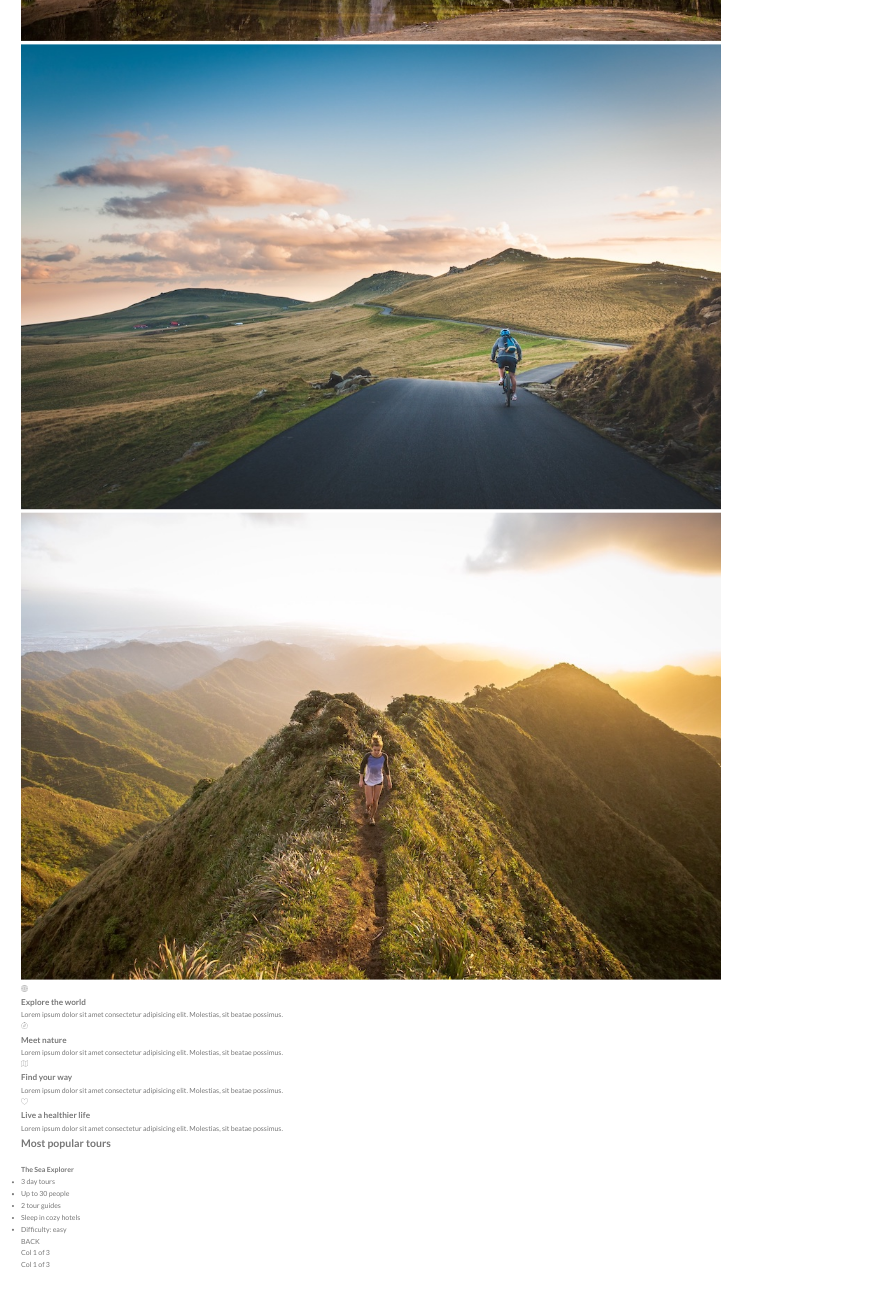
Repository: MalgorzataMazur/Natours
Page: index.html
An editor plug-in stored every save of this project. The page is shown before and after the next save, followed by the edit.
The browser window is 1280 px wide. The pictures show the part of the page from y = 1439 to 3359 px (the page is 3284 px tall before and 3359 px after), at 70% of full size.
The style sheet was rebuilt from its Sass, Less or Tailwind sources for each picture, by a compiler version that may differ from the author's.

Above is the page before, as saved 2020-02-17 23:22:23.

### index.html
<!DOCTYPE html>
<html lang="en">
<head>
    <meta charset="UTF-8">
    <meta name="viewport" content="width=device-width, initial-scale=1.0">
    <meta http-equiv="X-UA-Compatible" content="ie=edge">

    <link href="https://fonts.googleapis.com/css?family=Lato:100,300,400,700,900" rel="stylesheet">

    <link rel="stylesheet" href="css/icon-font.css.css">
    <link rel="stylesheet" href="css/style.css">
    <link rel="shortcut icon" type="image/png" href="img/favicon.png">

    <title>Natours | Exciting tours for adventurous people</title>
</head>
<body>
    <header class="header">  <!-- green field -->
        <div class="header__logo-box">
            <img src="img/logo-white.png" alt="Logo" class="header__logo">
        </div>

        <div class="header__text-box">
            <h1 class="heading-primary">
                <span class="heading-primary--main">Outdoors</span>
                <span class="heading-primary--sub">is where life happens</span>
            </h1>
            <a href="#" class="btn btn--white btn--animated">Discover our tours</a>
        </div>
    </header>

    <main>
        <section class="section-about">
            <div class="u-center-text u-margin-bottom-big">  <!--utility class - wrap this elelemnt into a parent element and then  center text from there -->
                <h2 class="heading-secondary">
                    Exciting tours for adventurous people
                </h2>
            </div>

            <div class="row">
                <div class="col-1-of-2">
                    <h3 class="heading-tertiary u-margin-bottom-small">You're going to fall in love with nature</h3>
                    <p class="paragraph">
                        Lorem ipsum dolor sit amet consectetur adipisicing elit. Molestias, sit beatae possimus, eum unde velit soluta exercitationem neque, dicta omnis quisquam quae? Itaque provident porro!
                    </p>

                    <h3 class="heading-tertiary u-margin-bottom-small">Live adventure like you never have before</h3>
                    <p class="paragraph">
                        Lorem ipsum dolor sit, amet consectetur adipisicing elit. Quis maxime debitis dolorum facere amet qui, eius aut minus.
                    </p>

                    <a href="#" class="btn-text">Learn more &rarr;</a> <!-- &rarr arrow -->
                </div>
                <div class="col-1-of-2">
                    <div class="composition">
                        <img src="img/nat-1-large.jpg" alt="Photo 1" class="composition__photo composition__photo--p1">
                        <img src="img/nat-2-large.jpg" alt="Photo 2" class="composition__photo composition__photo--p2">
                        <img src="img/nat-3-large.jpg" alt="Photo 3" class="composition__photo composition__photo--p3">
                    </div>
                </div>
            </div>
        </section>


        <section class="section-features">

            <div class="row">
                <div class="col-1-of-4">
                    <div class="feature-box">
                        <i class="feature-box__icon icon-basic-world"></i>
                        <h3 class="heading-tertiary u-margin-bottom-small">Explore the world</h3>
                        <p class="feature-box__text">
                            Lorem ipsum dolor sit amet consectetur adipisicing elit. Molestias, sit beatae possimus.
                        </p>

                    </div>
                </div>

                <div class="col-1-of-4">
                    <div class="feature-box">
                        <i class="feature-box__icon icon-basic-compass"></i>
                        <h3 class="heading-tertiary u-margin-bottom-small">Meet nature</h3>
                        <p class="feature-box__text">
                            Lorem ipsum dolor sit amet consectetur adipisicing elit. Molestias, sit beatae possimus.
                        </p>

                    </div>
                </div>

                <div class="col-1-of-4">
                    <div class="feature-box">
                        <i class="feature-box__icon icon-basic-map"></i>
                        <h3 class="heading-tertiary u-margin-bottom-small">Find your way</h3>
                        <p class="feature-box__text">
                            Lorem ipsum dolor sit amet consectetur adipisicing elit. Molestias, sit beatae possimus.
                        </p>

                    </div>
                </div>

                <div class="col-1-of-4">
                    <div class="feature-box">
                        <i class="feature-box__icon icon-basic-heart"></i>
                        <h3 class="heading-tertiary u-margin-bottom-small">Live a healthier life</h3>
                        <p class="feature-box__text">
                            Lorem ipsum dolor sit amet consectetur adipisicing elit. Molestias, sit beatae possimus.
                        </p>

                    </div>
                </div>
            </div>
        </section>

        <section class="section-tours">
            <div class="u-center-text u-margin-bottom-big">  <!--utility class - wrap this elelemnt into a parent element and then  center text from there -->
                <h2 class="heading-secondary">
                    Most popular tours
                </h2>
            </div>

            <div class="row">
                <div class="col-1-of-3">
                    <div class="card">
                        <div class="card__side card__side--front"> <!--to distinguish front&back side  -->
                            <div class="card__picture card__picture--1">
                                &nbsp;   <!-- special symbol for space -->
                            </div>
                            <h4 class="card__heading">
                                <span class="card__heading-span card__heading-span--1">
                                    The Sea Explorer
                                </span>
                            </h4>
                            <div class="card__details">
                                <ul>
                                    <li>3 day tours</li>
                                    <li>Up to 30 people</li>
                                    <li>2 tour guides</li>
                                    <li>Sleep in cozy hotels</li>
                                    <li>Difficulty: easy</li>
                                </ul>
                            </div>
                        </div>
                        <div class="card__side card__side--back card__side--back-1">
                            BACK
                        </div>
                    </div>
                </div>
                <div class="col-1-of-3">
                    Col 1 of 3
                </div>
                <div class="col-1-of-3">
                    Col 1 of 3
                </div>
            </div>

        </section>
    </main>


    <!--
    <section class="grid-test">


        <div class="row">
            <div class="col-1-of-3">
                Col 1 of 3
            </div>
            <div class="col-1-of-3">
                Col 1 of 3
            </div>
            <div class="col-1-of-3">
                Col 1 of 3
            </div>
        </div>

        <div class="row">
            <div class="col-1-of-3">
                Col 1 of 3
            </div>
            <div class="col-2-of-3">
                Col 2 of 3
            </div>
        </div>

        <div class="row">
            <div class="col-1-of-4">
                Col 1 of 4
            </div>
            <div class="col-1-of-4">
                Col 1 of 4
            </div>
            <div class="col-1-of-4">
                Col 1 of 4
            </div>
            <div class="col-1-of-4">
                Col 1 of 4
            </div>
        </div>

        <div class="row">
            <div class="col-1-of-4">
                Col 1 of 4
            </div>
            <div class="col-1-of-4">
                Col 1 of 4
            </div>
            <div class="col-2-of-4">
                Col 2 of 4
            </div>
        </div>

        <div class="row">
            <div class="col-1-of-4">
                Col 1 of 4
            </div>
            <div class="col-3-of-4">
                Col 3 of 4
            </div>
        </div>
    </section> -->


</body>
</html>

### sass/main.scss


$color-primary: #55c57a;
$color-primary-light: #7ed56f;
$color-primary-dark: #28b485;




/* universal selector */    /* that is BASIC RESET! */
*,
*::after,
*::before {
    margin: 0;
    padding: 0;
    box-sizing: inherit;
}

html {
    font-size: 62.5%;            /* 100% ; 10/16= 0.625; .625*16(px font)= 10 */
}
body {
    font-family: "Lato", sans-serif;          /* FONT HERE IN BODY BECASUE IS USUALLY IHERITATED */
    font-weight: 400;
    /* font-size: 16px; */
    line-height: 1.7;                       /* 1.7 x higher than earlier defined height of line */
    color: #777;
    padding: 3rem;                          /* around all website white strap */

    box-sizing: border-box;
}

.header {
    height: 95vh;                          /* a#7ed56f, t the boottom left white strap 5% */
    background-image: linear-gradient(
        to right bottom,                     /* define gradient here linear, from wich side sholuld starts here in line gradienfrom the left top to the right, colours */
        rgba($color-primary-light, 0.8),
        rgba($color-primary-dark, 0.8)),
        url(../img/hero.jpg);
    background-size: cover;
    background-position: top;
    position: relative;

    clip-path: polygon(0 0, 100% 0, 100% 75vh, 0 100%);  /* do wedge (kiln, wcięcie) just to clip from one side, w do polygon (wilokat) we move every single corner move clockwise x & y)  */

}

.header__logo-box {
    position: absolute;                    /* in the left corner */
    top: 4rem;
    left: 4rem;
}

.header__logo {
    height: 3.5rem;
}

.header__text-box {
    position: absolute;
    top: 40%;                          /* top&left they're in relation to the parent element  */
    left: 50%;
    transform: translate(-50%, -50%);         /*translation  is in relation to the elemnet itself; header promary I mean an element to be centered we have to shifted 50% of height and width of element not parent */
    text-align: center;                /* button at the center */
}

.heading-primary {
    color: #fff;
    text-transform: uppercase;

    backface-visibility: hidden;
    margin-bottom: 6rem;                 /* a little bit like to the top, shaky and it is to fix it  */
}

.heading-primary--main {
    display: block;
    font-size: 6rem;
    font-weight: 400;
    letter-spacing: 3.5rem;

    animation-name: moveInLeft;               /*  for animation to woerk there're two only properties to specify aniamtion name and the anim ation duration */
    animation-duration: 1s;
    animation-timing-function: ease-out;       /* define how animation will proceed slow/fast; ease-out the anim will start faster and then will become slower by the end */


    /*animation-delay: 3s;*/              /* set a delay we can in animation */
    /*animation-iteration-count: 3; */          /* how many times animation should happens */

}

.heading-primary--sub {
    display: block;
    font-size: 2rem;
    font-weight: 700;
    letter-spacing: 1.75rem;
    animation: moveInRight 1s ease-out;

}

@keyframes moveInLeft {            /* ANIMATION we started from @keyframes and name of animation;NOW I can specify whnt I want to happen in each moment of time of the animation  */
    0% {                          /* initial state */
       opacity: 0;                         /* first we wanted to be visible so opacity 0 and in the end opacity 1; opacity is one of properties that we animated here and transform property second */
       transform: translateX(-10rem);        /* the element comes in from the left side */
    }                                          /* rotate(180deg) */

    80% {
        transform: translateX(1rem);        /* to the right side goes */
    }

    100% {                        /* final state */
        opacity: 1;                         /* first we wanted to be visible so opacity 0 and in the end opacity 1 */
        transform: translate(0);     /* it's gonna look exactly right now */
    }
}


@keyframes moveInRight {
       0% {
        opacity: 0;
        transform: translateX(10rem);      /* moves to the right */
    }

    80% {
        transform: translateX(-1rem);
    }

    100% {
        opacity: 1;
        transform: translate(0);
    }
}

@keyframes moveInBottom {              /* after load btn is going from the bottom */
    0% {
     opacity: 0;                      /* befoee strats anim btn sholud be lover current his position */
     transform: translateY(3rem);      /* moves to the right */
 }

 100% {
     opacity: 1;
     transform: translate(0);
 }
}
/* pseudo-classes */
.btn:link,                              /* link an anchor element; we straed at first step from  */
.btn:visited {                          /* link and vistedt look the same here */
    text-transform: uppercase;
    text-decoration: none;
    padding: 1.5rem 4rem;
    display: inline-block;              /* if specufypadding, width, height of elemet thay sholud be display as a inline-block */
    border-radius: 10rem;
    transition: all .2s;               /* build a creative hover animation effect*/  /*first which properties we want animate, time duration*  */
    position: relative;
    font-size: 1.6rem;
}

.btn:hover {
    transform: translateY(-3px);                       /* element moves up */
    box-shadow: 0 1em 2rem rgba(0, 0, 0,.2);                       /* move x, y, blur, color; a very subtle shadow and here is 20% almost transparent*/
}

.btn:active {                           /* click element */
    transform: translateY(-1px);
    box-shadow: 0 .5rem 1rem rgba(0, 0, 0,.2)
}
.btn--white {
    background-color: #fff;
    color: #777;
}
/* pseudo-elements to style caertain parts of elements*/  /* we want put this buuton behind the main btb */
.btn::after {    /* we strat do taht looks like it zooms out to infinity when we hover and it comes back when we hover out; pseudoelement is like a child of btn */
    content: "";                      /* content is always necessary */
    display: inline-block;            /* display is always necessary as well, the same dispaly as btn  */
    height: 100%;                     /* teh dame property like btn we want to look the same as a btn, is like a child of btn*/
    width: 100%;
    border-radius: 10rem;
    position: absolute;               /* behind the btn we want put this actual btn we use position absol and the reference is the fisrt element with the relative position that it can find and it should be BTN (vis alnd link) and now it will be hidden behind the btn*/
    top: 0;
    left: 0;
    z-index: -1;                    /* defines the position of the elements if they are on top of another */
    transition: all .4s;

}

.btn--white::after {
    background-color: #fff;
}

.btn:hover::after { /* when hover yhe btn we wnat some certain style for the after pseudo-elemenr, so this is an after pseudo-element only when we have the button on the hover state*/
    transform: scaleX(1.4) scaleY(1.6);    /* we want to be bigger after hover state; cen rowny zmkazdej str dlatego x i y skalujemy */ /* and we want to animate like before, so animate in initial state- btn:after above pseudoelement*/
    opacity: 0;         /* opacity 0 sets sth to invisible basicilly, so btn disappear */
}

.btn--animated {   /* we ant to only this btn to animated from the bottom */
    animation: moveInBottom .5s ease-out .75s;     /* here is delay the last property */
    animation-fill-mode: backwards;     /* btn is visible before animation, we don't want that so we use this property and we set WSTECZ it means automacily the style up to 0% (moveinbottom) before the animation starts*/
}

Loaded but not shown: css/icon-font.css.css (445 lines, source omitted)

After the next save:
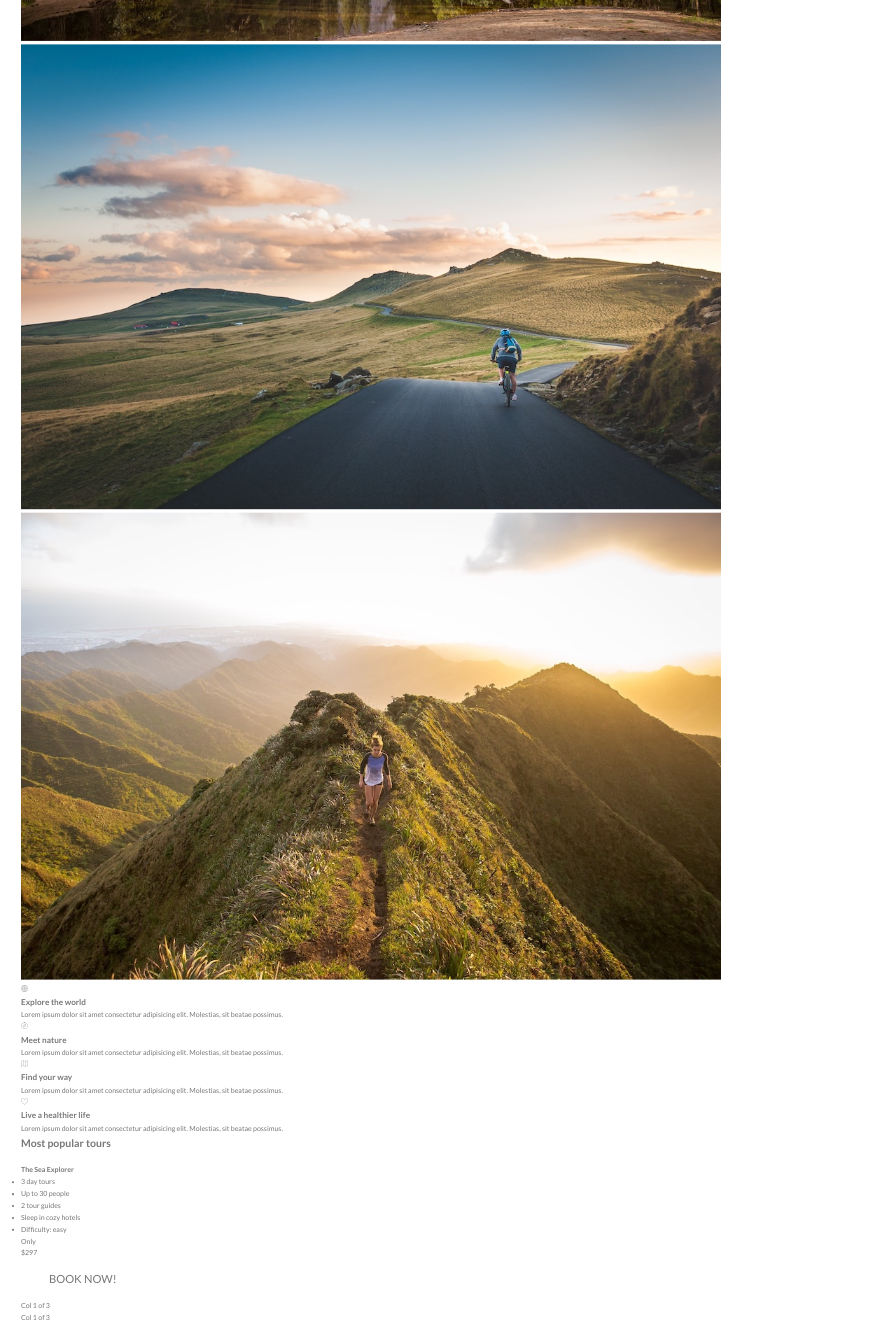
Saved 2 days later.
--- a/index.html
+++ b/index.html
@@ -125,7 +125,7 @@
                                 &nbsp;   <!-- special symbol for space -->
                             </div>
                             <h4 class="card__heading">
-                                <span class="card__heading-span card__heading-span--1">
+                                <span class="card__heading-span card__heading-span--1">  <!-- sth to wrap around the text card-->
                                     The Sea Explorer
                                 </span>
                             </h4>
@@ -140,7 +140,13 @@
                             </div>
                         </div>
                         <div class="card__side card__side--back card__side--back-1">
-                            BACK
+                            <div class="card__cta">
+                                <div class="card__price-box">
+                                    <p class="card__price-only">Only</p>
+                                    <p class="card__price-value">$297</p>
+                                </div>
+                                <a href="#" class="btn btn--white">Book now!</a>
+                            </div>
                         </div>
                     </div>
                 </div>
